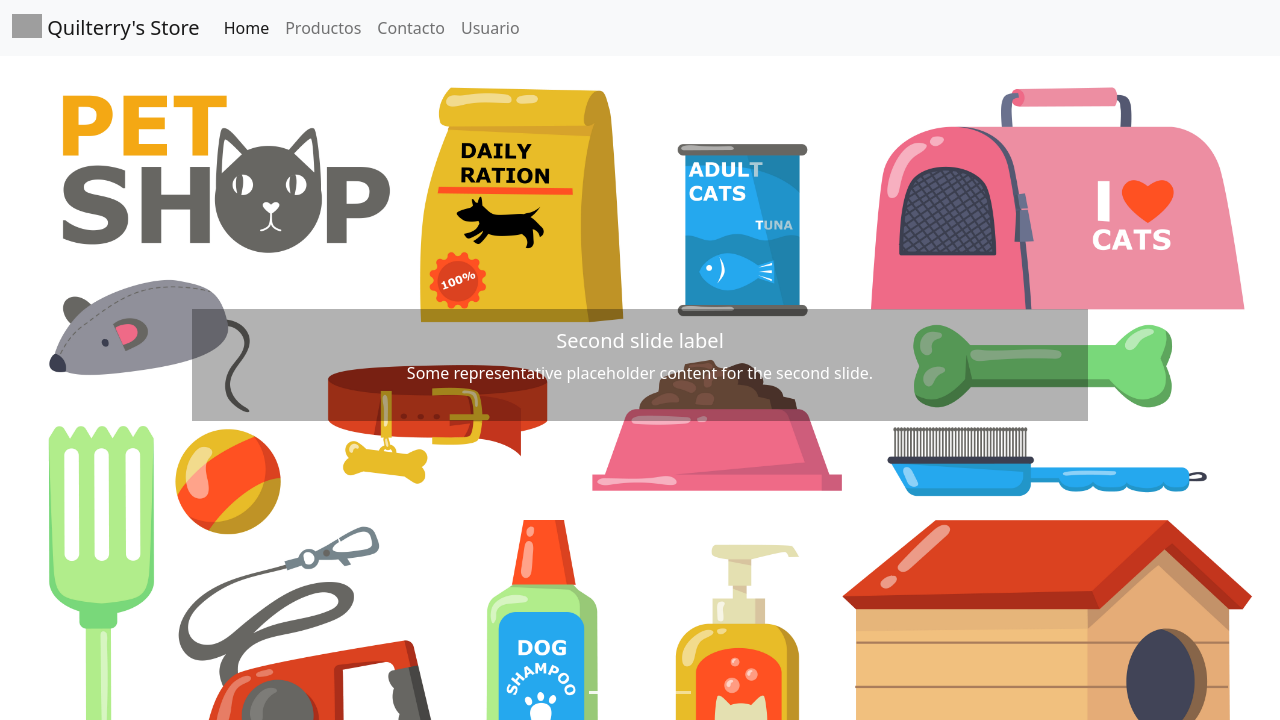
Repository: mormazabal141046/duoc_django_prueba
Page: http://localhost/
The author's editor kept a copy of each file at every save. The page is drawn from the files as they stood at one save, then again after a run of saves.
The browser window is 1280 px wide. The pictures show the whole page.
Pictures or frames that could not be fetched are drawn as grey boxes. Some web libraries are served in a nearby version. The page is served by the project's application, run on Django 4.2 (manage.py). Other server files are loaded and not shown.

Above is the page before, as saved 2022-05-18 16:10:15.

### duoc_django_prueba/template/index.html
{% extends "main-template.html" %}{% load static %}
{% block title %} Home {% endblock %}
{% block content %}
<div id="carouselExampleCaptions" class="carousel body-carousel" data-bs-ride="carousel">
    <div class="carousel-indicators">
      <button type="button" data-bs-target="#carouselExampleCaptions" data-bs-slide-to="0" class="active" aria-current="true" aria-label="Slide 1"></button>
      <button type="button" data-bs-target="#carouselExampleCaptions" data-bs-slide-to="1" aria-label="Slide 2"></button>
      <button type="button" data-bs-target="#carouselExampleCaptions" data-bs-slide-to="2" aria-label="Slide 3"></button>
    </div>
    <div class="carousel-inner">
      <div class="carousel-item active">
        <img src="{% static 'img/slider/bg-01.webp' %}" class="d-block w-100" alt="...">
        <div class="carousel-caption d-none d-md-block">
          <h3>First slide label</h3>
          <p>Some representative placeholder content for the first slide.</p>
        </div>
      </div>
      <div class="carousel-item">
        <img src="{% static 'img/slider/bg-02.jpg' %}" class="d-block w-100" alt="...">
        <div class="carousel-caption d-none d-md-block">
          <h5>Second slide label</h5>
          <p>Some representative placeholder content for the second slide.</p>
        </div>
      </div>
      <!-- <div class="carousel-item">
        <img src="..." class="d-block w-100" alt="...">
        <div class="carousel-caption d-none d-md-block">
          <h5>Third slide label</h5>
          <p>Some representative placeholder content for the third slide.</p>
        </div>
      </div> -->
    </div>
    <button class="carousel-control-prev" type="button" data-bs-target="#carouselExampleCaptions" data-bs-slide="prev">
      <span class="carousel-control-prev-icon" aria-hidden="true"></span>
      <span class="visually-hidden">Previous</span>
    </button>
    <button class="carousel-control-next" type="button" data-bs-target="#carouselExampleCaptions" data-bs-slide="next">
      <span class="carousel-control-next-icon" aria-hidden="true"></span>
      <span class="visually-hidden">Next</span>
    </button>
  </div>

{% endblock %}

### duoc_django_prueba/template/parent/main-template.html
{% load static %}
<!DOCTYPE html>
<html lang="en">
<head>
    <meta charset="UTF-8">
    <meta http-equiv="X-UA-Compatible" content="IE=edge">
    <meta name="viewport" content="width=device-width, initial-scale=1.0">
    <title>{% block title %}{%  endblock %}</title>
    <link rel="stylesheet" href="{% static 'css/style.css'%}">
    <link href="https://cdn.jsdelivr.net/npm/bootstrap@5.1.3/dist/css/bootstrap.min.css" rel="stylesheet" integrity="sha384-1BmE4kWBq78iYhFldvKuhfTAU6auU8tT94WrHftjDbrCEXSU1oBoqyl2QvZ6jIW3" crossorigin="anonymous">
</head>
<body>
    <nav class="navbar navbar-expand-lg navbar-light bg-light">
        <div class="container-fluid">
          <a class="navbar-brand mr-3" href="#">
            <img src="https://img.icons8.com/ios/500/pets--v1.png" alt="" width="30" height="24" class="d-inline-block align-text-top">
            Quilterry's Store
          </a>
          <button class="navbar-toggler" type="button" data-bs-toggle="collapse" data-bs-target="#navbarNavDropdown" aria-controls="navbarNavDropdown" aria-expanded="false" aria-label="Toggle navigation">
            <span class="navbar-toggler-icon"></span>
          </button>
          <div class="collapse navbar-collapse" id="navbarNavDropdown">
            <ul class="navbar-nav">
              <li class="nav-item">
                <a class="nav-link active" aria-current="page" href="/">Home</a>
              </li>
              <li class="nav-item">
                <a class="nav-link" href="/productos">Productos</a>
              </li>
              <li class="nav-item">
                <a class="nav-link" href="/contacto">Contacto</a>
              </li>
              <li class="nav-item">
                <a class="nav-link" href="/usuario">Usuario</a>
              </li>
            </ul>
          </div>
        </div>
      </nav>
    {% block content %}

    {%  endblock %}


    <script src="https://cdn.jsdelivr.net/npm/@popperjs/core@2.10.2/dist/umd/popper.min.js" integrity="sha384-7+zCNj/IqJ95wo16oMtfsKbZ9ccEh31eOz1HGyDuCQ6wgnyJNSYdrPa03rtR1zdB" crossorigin="anonymous"></script>
    <script src="https://cdn.jsdelivr.net/npm/bootstrap@5.1.3/dist/js/bootstrap.min.js" integrity="sha384-QJHtvGhmr9XOIpI6YVutG+2QOK9T+ZnN4kzFN1RtK3zEFEIsxhlmWl5/YESvpZ13" crossorigin="anonymous"></script>
</body>
</html>

### duoc_django_prueba/views/home.py
from django.shortcuts import render

def index(request):
    print('Retornar pagina index.html')
    return render(request, 'index.html')

### duoc_django_prueba/urls.py
"""duoc_django_prueba URL Configuration

The `urlpatterns` list routes URLs to views. For more information please see:
    https://docs.djangoproject.com/en/4.0/topics/http/urls/
Examples:
Function views
    1. Add an import:  from my_app import views
    2. Add a URL to urlpatterns:  path('', views.home, name='home')
Class-based views
    1. Add an import:  from other_app.views import Home
    2. Add a URL to urlpatterns:  path('', Home.as_view(), name='home')
Including another URLconf
    1. Import the include() function: from django.urls import include, path
    2. Add a URL to urlpatterns:  path('blog/', include('blog.urls'))
"""
from django.contrib import admin
from django.urls import path
from duoc_django_prueba.views.home import index
from duoc_django_prueba.views.product import index_product
from duoc_django_prueba.views.contact import index_contact
from duoc_django_prueba.views.user import index_user



urlpatterns = [
    path('admin/', admin.site.urls),
    path('', index),
    path('productos/', index_product),
    path('contacto/', index_contact),
    path('usuario/', index_user)
]

### duoc_django_prueba/static/css/style.css
.carousel-item{
    max-height: calc(100vh - 56px) !important;
}
.carousel-caption{
    bottom: 45% !important;
    background: rgba(0,0,0,0.3);
}

After the next 2 saves:
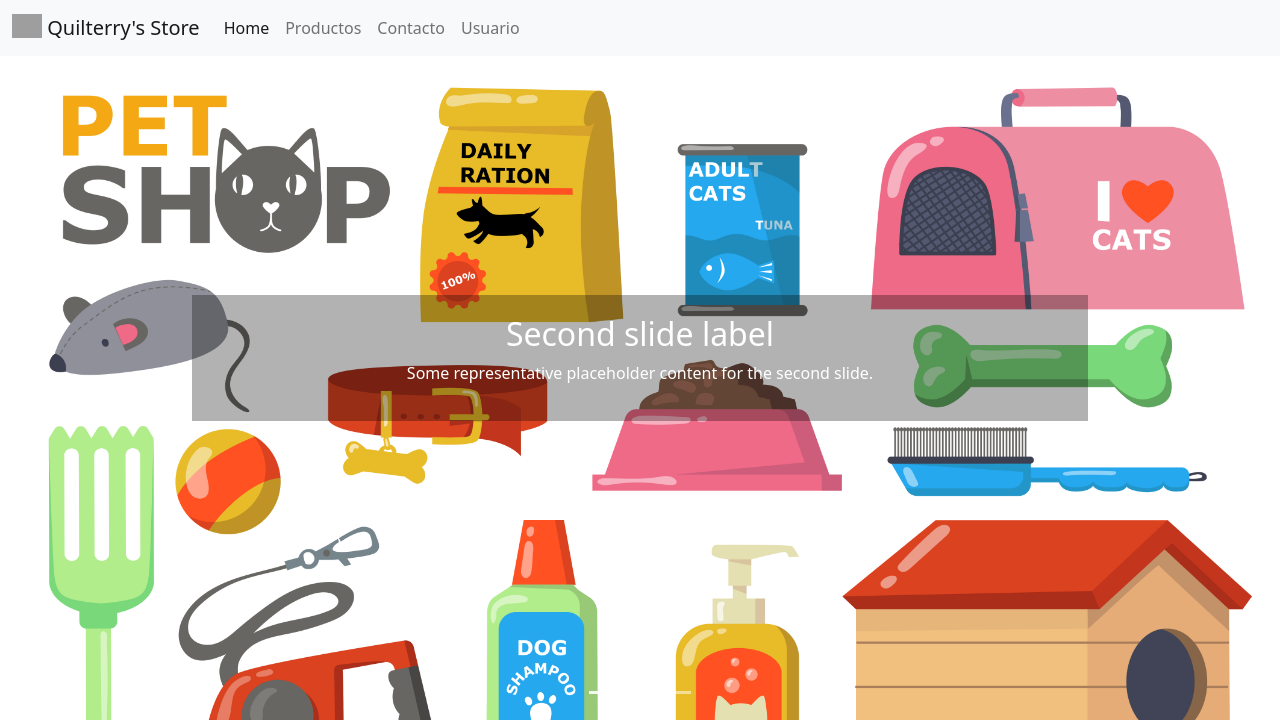
The 2 saves are shown as one change because they came seconds apart.
The last was saved 12 s later.
--- a/duoc_django_prueba/template/index.html
+++ b/duoc_django_prueba/template/index.html
@@ -11,14 +11,14 @@
       <div class="carousel-item active">
         <img src="{% static 'img/slider/bg-01.webp' %}" class="d-block w-100" alt="...">
         <div class="carousel-caption d-none d-md-block">
-          <h3>First slide label</h3>
+          <h2>First slide label</h2>
           <p>Some representative placeholder content for the first slide.</p>
         </div>
       </div>
       <div class="carousel-item">
         <img src="{% static 'img/slider/bg-02.jpg' %}" class="d-block w-100" alt="...">
         <div class="carousel-caption d-none d-md-block">
-          <h5>Second slide label</h5>
+          <h2>Second slide label</h2>
           <p>Some representative placeholder content for the second slide.</p>
         </div>
       </div>
